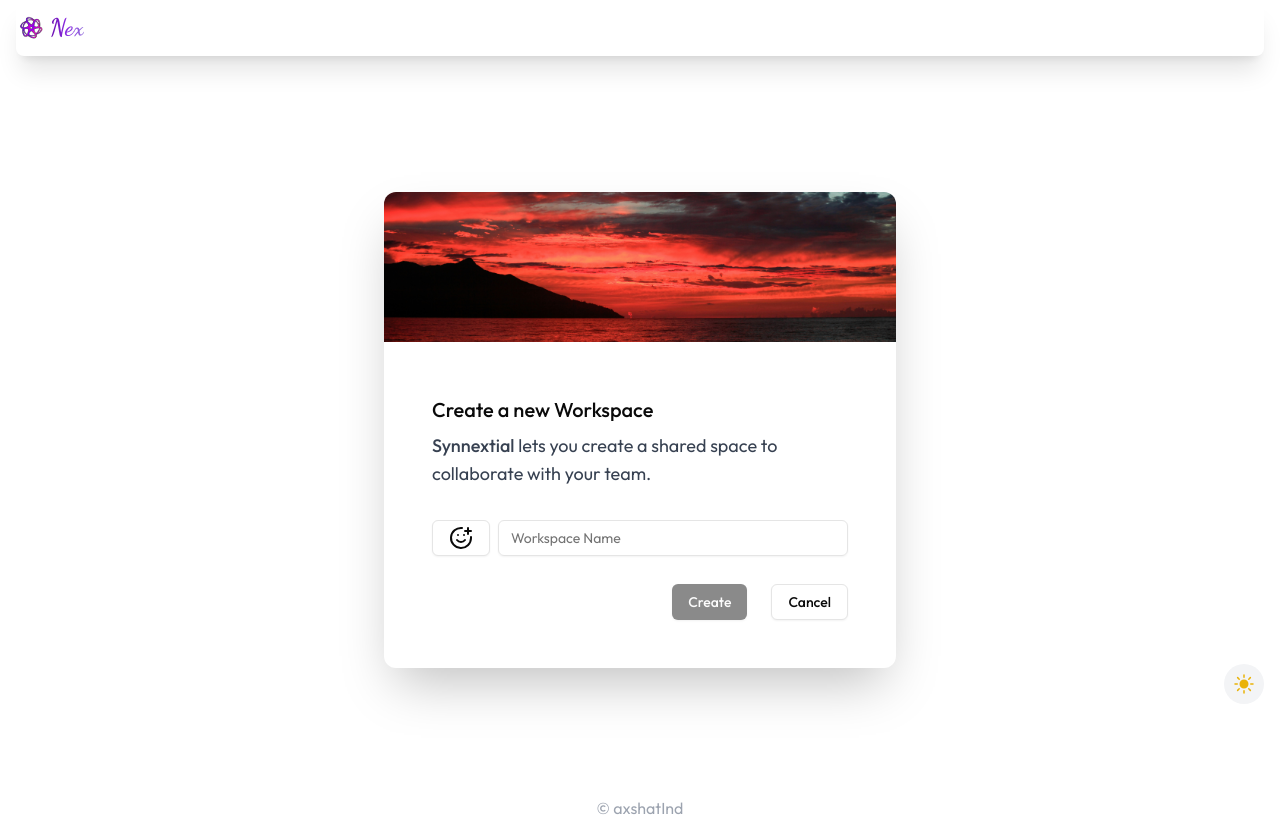
Repository: axshatInd/synnexTial
Page: /createworkspace
These files come from the project's save history. The page is drawn as it stood at one moment and after the next save; the edit follows.
The browser window is 1280 px wide. The pictures show the whole page.
The page's requests for data from a server got no answer. The project was rebuilt for these pictures with package versions that can differ from the ones it lists, and the page was loaded fresh each time. Some packages were replaced by stand-ins written for this rebuild. The framework's server and built-in components were replaced by stand-ins that run in the browser. No one was signed in, and anything a server would have sent is missing. Also part of the build but not shown: next.config.mjs.

Above is the page before, as saved 2024-08-28 15:43:01.

After the next save:
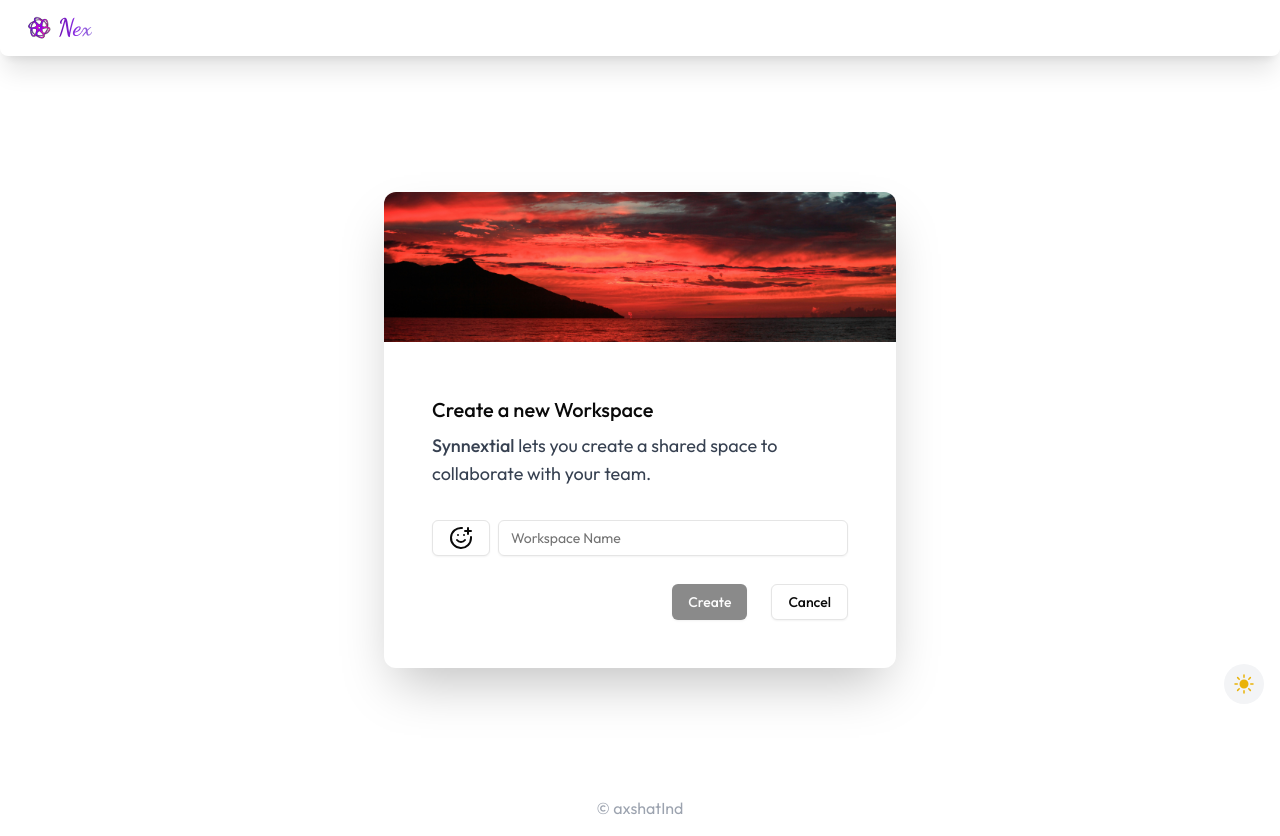
Saved 23 s later.
--- a/app/(routes)/dashboard/_components/Header.jsx
+++ b/app/(routes)/dashboard/_components/Header.jsx
@@ -3,6 +3,7 @@
 import { gsap } from "gsap";
 import Logo from "@/app/_components/Logo";
 import { OrganizationSwitcher, useAuth, UserButton } from "@clerk/nextjs";
+// import ThemeSwitcher from "@/app/_components/ThemeSwitcher"; // Removed
 import useTheme from "@/app/_components/useTheme"; // Import useTheme here
 
 function Header() {
@@ -19,23 +20,14 @@
   return (
     <header
       ref={headerRef} // Reference for animation
-      className={`fixed top-0 left-0 right-0 z-50 flex justify-between items-center py-2 md:py-3 shadow-xl rounded-b-lg bg-white`}
-      style={{
-        marginLeft: "auto",
-        marginRight: "auto",
-        maxWidth: "calc(100% - 32px)",
-      }} // Adjust this value for your desired spacing
+      className="fixed top-0 left-0 right-0 z-50 flex justify-between items-center px-4 py-2 md:px-6 md:py-3 shadow-xl rounded-b-lg max-w-8xl mx-auto bg-white"
     >
-      <div className="flex-grow flex items-center justify-between">
-        <Logo />
-        <div className="flex items-center space-x-4">
-          <OrganizationSwitcher
-            afterCreateOrganizationUrl={"/dashboard"}
-            afterLeaveOrganizationUrl={"/dashboard"}
-          />
-          <UserButton />
-        </div>
-      </div>
+      <Logo />
+      <OrganizationSwitcher
+        afterCreateOrganizationUrl={"/dashboard"}
+        afterLeaveOrganizationUrl={"/dashboard"}
+      />
+      <UserButton />
     </header>
   );
 }
